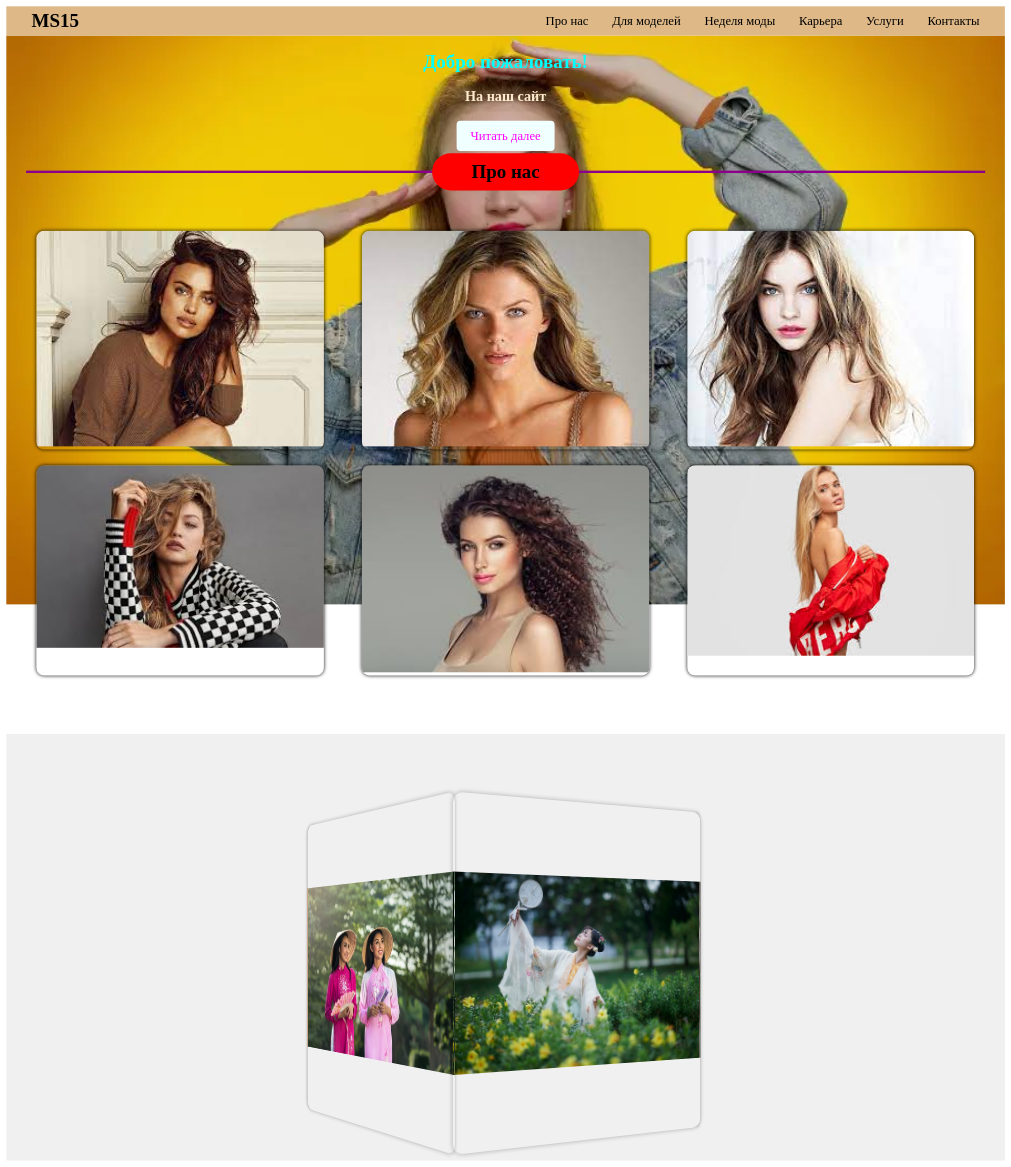
Repository: qtqqrdy13/model-studio
Page: index.html
An editor plug-in stored every save of this project. The page is shown before and after the next save, followed by the edit.
The browser window is 1280 px wide. The pictures show the whole page, at 79% of full size.

Above is the page before, as saved 2023-08-22 19:03:13.

After the next save:
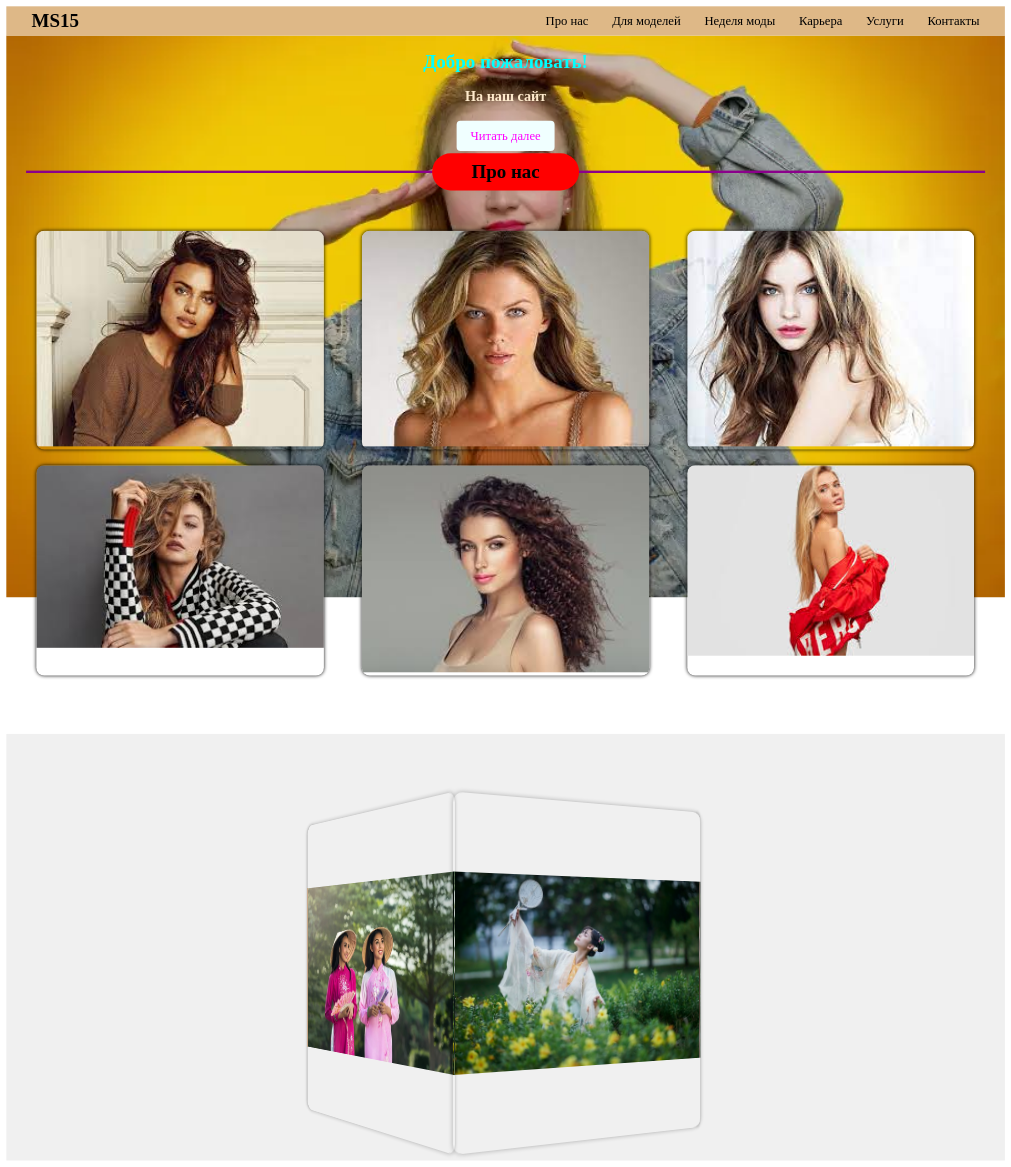
Saved 65 s later.
--- a/style.css
+++ b/style.css
@@ -92,7 +92,7 @@ to{
 }
 .intro img{
     width: 100%;
-    height:100vh;
+    height:auto;
     object-fit:cover;
     position:absolute;
     top:0;
